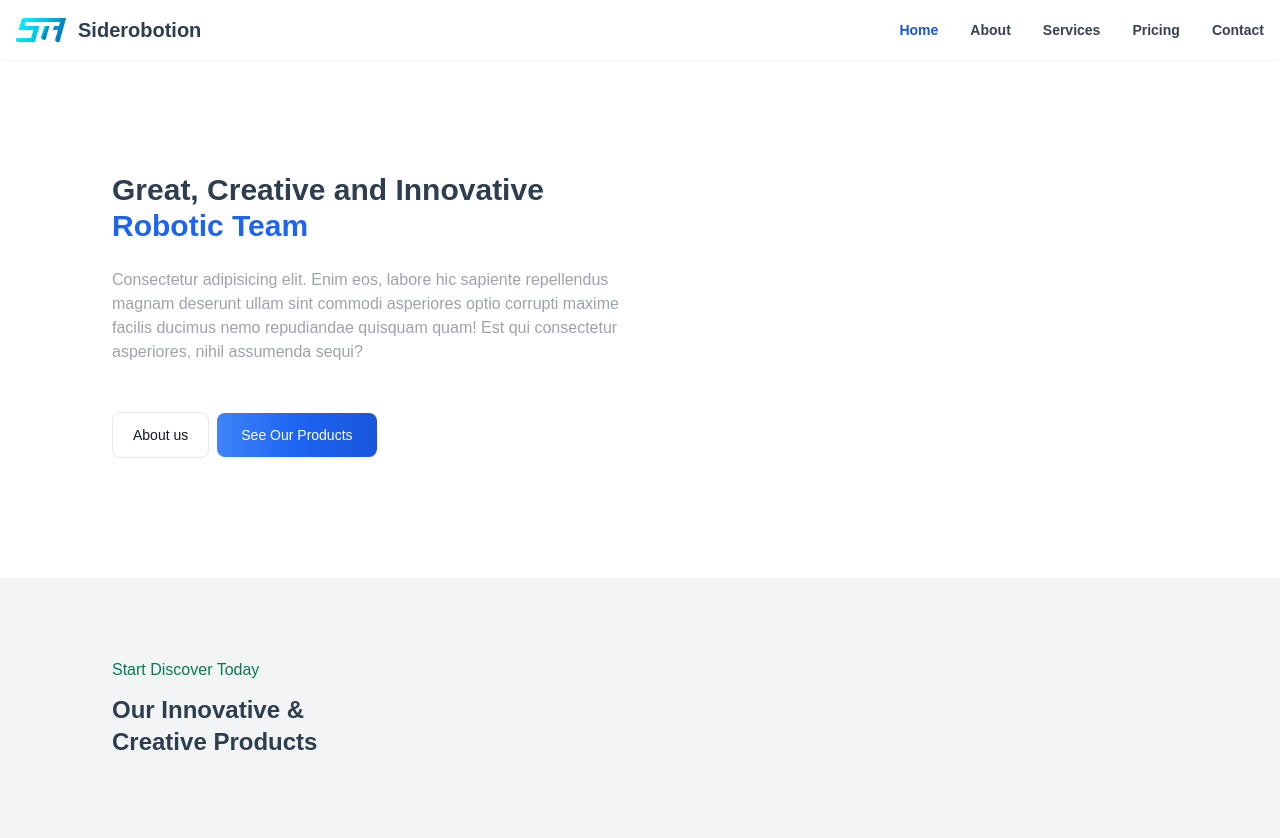
Repository: khulqu15/siderobotion
Page: /
An editor plug-in stored every save of this project. The page is shown before and after the next save, followed by the edit.
The browser window is 1280 px wide. The pictures show the whole page.
The project was rebuilt for these pictures with package versions that can differ from the ones it lists, and the page was loaded fresh each time. Also part of the build but not shown: vue.config.js.

Above is the page before, as saved 2022-06-12 02:25:02.

### src/main.js
import { createApp } from 'vue'
import App from './App.vue'
import './registerServiceWorker'
import router from './router'
import store from './store'
import 'flowbite'
import './index.css'

createApp(App)
  .use(store)
  .use(router)
  .mount('#app')

### src/index.css
@tailwind base;
@tailwind components;
@tailwind utilities;
@import url('https://fonts.googleapis.com/css2?family=Poppins:ital,wght@0,100;0,200;0,300;0,400;0,500;0,600;0,700;0,800;0,900;1,100;1,200;1,300;1,400;1,500;1,600;1,700;1,800;1,900&display=swap');

* {
  font-family: 'Poppins', sans-serif !important;
}

### src/views/HomeView.vue
<template>

  <web-layout>
    <div class="p-28 grid grid-cols-2 gap-4">
      <div class="text-start">
        <h1 class="text-3xl font-semibold">Great, Creative and Innovative <span class="text-blue-600">Robotic Team</span> </h1>
        <p class="text-gray-400 mt-6 mb-12">Consectetur adipisicing elit. Enim eos, labore hic sapiente repellendus magnam deserunt ullam sint commodi asperiores optio corrupti maxime facilis ducimus nemo repudiandae quisquam quam! Est qui consectetur asperiores, nihil assumenda sequi?</p>
        <button type="button" class="py-3 px-5 mr-2 mb-2 text-sm font-medium text-gray-900 focus:outline-none bg-white rounded-lg border border-gray-200 hover:bg-gray-100 hover:text-blue-700 focus:z-10 focus:ring-4 focus:ring-gray-200">About us</button>
        <button type="button" class="text-white bg-gradient-to-r from-blue-500 via-blue-600 to-blue-700 hover:bg-gradient-to-br focus:ring-4 focus:outline-none focus:ring-blue-300 dark:focus:ring-blue-800 font-medium rounded-lg text-sm px-6 py-3 text-center mr-2 mb-2">See Our Products</button>
      </div>
    </div>

    <div class="px-28 py-20 bg-gray-100">
      <div class="text-start">
        <p class="mb-3 text-green-600">Start Discover Today</p>
        <h1 class="text-2xl font-semibold">Our Innovative & <br> Creative Products</h1>
      </div>
    </div>
  </web-layout>

</template>

<script>
import WebLayout from '@/layouts/WebLayout.vue'
export default {
  name: 'HomeView',
  components: {
    WebLayout
  }
}
</script>

### src/layouts/WebLayout.vue
<template>
  <div id="app-web">
    <div id="nav">
      <navigation-header/>
    </div>
    <div id="body-content">
      <slot id="content"></slot>
    </div>
  </div>
</template>

<script>
import NavigationHeader from '@/components/NavigationHeader.vue'
export default {
  components: {
    NavigationHeader
  }
}
</script>

### src/components/NavigationHeader.vue
<template>
  <div>
    <nav class="bg-white border-gray-200 px-2 sm:px-4 py-4 shadow-sm rounded dark:bg-gray-800">
      <div class="container flex flex-wrap justify-between items-center mx-auto">
        <a href="/" class="flex items-center">
          <img :src="require('@/assets/logo.webp')" class="mr-3 h-4 sm:h-6" alt="Siderobotion Logo">
          <span class="self-center text-xl font-semibold whitespace-nowrap dark:text-white">Siderobotion</span>
        </a>
        <button data-collapse-toggle="mobile-menu" type="button" class="inline-flex items-center p-2 ml-3 text-sm text-gray-500 rounded-lg md:hidden hover:bg-gray-100 focus:outline-none focus:ring-2 focus:ring-gray-200 dark:text-gray-400 dark:hover:bg-gray-700 dark:focus:ring-gray-600" aria-controls="mobile-menu" aria-expanded="false">
          <span class="sr-only">Open main menu</span>
          <svg class="w-6 h-6" fill="currentColor" viewBox="0 0 20 20" xmlns="http://www.w3.org/2000/svg"><path fill-rule="evenodd" d="M3 5a1 1 0 011-1h12a1 1 0 110 2H4a1 1 0 01-1-1zM3 10a1 1 0 011-1h12a1 1 0 110 2H4a1 1 0 01-1-1zM3 15a1 1 0 011-1h12a1 1 0 110 2H4a1 1 0 01-1-1z" clip-rule="evenodd"></path></svg>
          <svg class="hidden w-6 h-6" fill="currentColor" viewBox="0 0 20 20" xmlns="http://www.w3.org/2000/svg"><path fill-rule="evenodd" d="M4.293 4.293a1 1 0 011.414 0L10 8.586l4.293-4.293a1 1 0 111.414 1.414L11.414 10l4.293 4.293a1 1 0 01-1.414 1.414L10 11.414l-4.293 4.293a1 1 0 01-1.414-1.414L8.586 10 4.293 5.707a1 1 0 010-1.414z" clip-rule="evenodd"></path></svg>
        </button>
        <div class="hidden w-full md:block md:w-auto" id="mobile-menu">
          <ul class="flex flex-col mt-4 md:flex-row md:space-x-8 md:mt-0 md:text-sm md:font-medium">
            <li>
              <a href="#" class="block py-2 pr-4 pl-3 text-white bg-blue-700 rounded md:bg-transparent md:text-blue-700 md:p-0 dark:text-white" aria-current="page">Home</a>
            </li>
            <li>
              <a href="#" class="block py-2 pr-4 pl-3 text-gray-700 border-b border-gray-100 hover:bg-gray-50 md:hover:bg-transparent md:border-0 md:hover:text-blue-700 md:p-0 dark:text-gray-400 md:dark:hover:text-white dark:hover:bg-gray-700 dark:hover:text-white md:dark:hover:bg-transparent dark:border-gray-700">About</a>
            </li>
            <li>
              <a href="#" class="block py-2 pr-4 pl-3 text-gray-700 border-b border-gray-100 hover:bg-gray-50 md:hover:bg-transparent md:border-0 md:hover:text-blue-700 md:p-0 dark:text-gray-400 md:dark:hover:text-white dark:hover:bg-gray-700 dark:hover:text-white md:dark:hover:bg-transparent dark:border-gray-700">Services</a>
            </li>
            <li>
              <a href="#" class="block py-2 pr-4 pl-3 text-gray-700 border-b border-gray-100 hover:bg-gray-50 md:hover:bg-transparent md:border-0 md:hover:text-blue-700 md:p-0 dark:text-gray-400 md:dark:hover:text-white dark:hover:bg-gray-700 dark:hover:text-white md:dark:hover:bg-transparent dark:border-gray-700">Pricing</a>
            </li>
            <li>
              <a href="#" class="block py-2 pr-4 pl-3 text-gray-700 hover:bg-gray-50 md:hover:bg-transparent md:border-0 md:hover:text-blue-700 md:p-0 dark:text-gray-400 md:dark:hover:text-white dark:hover:bg-gray-700 dark:hover:text-white md:dark:hover:bg-transparent">Contact</a>
            </li>
          </ul>
        </div>
      </div>
    </nav>

  </div>
</template>

### tailwind.config.js
module.exports = {

  content: [
    "./index.html",
    "./src/**/*.{vue,js,ts,jsx,tsx}",
    "./node_modules/flowbite/**/*.js",
  ],
  theme: {
    extend: {},
  },
  plugins: [
    require('flowbite/plugin')
  ]

}

Loaded but not shown: public/index.html (common file); src/App.vue (common file); src/registerServiceWorker.js (common file); src/router/index.js (common file); src/store/index.js (common file)

After the next save:
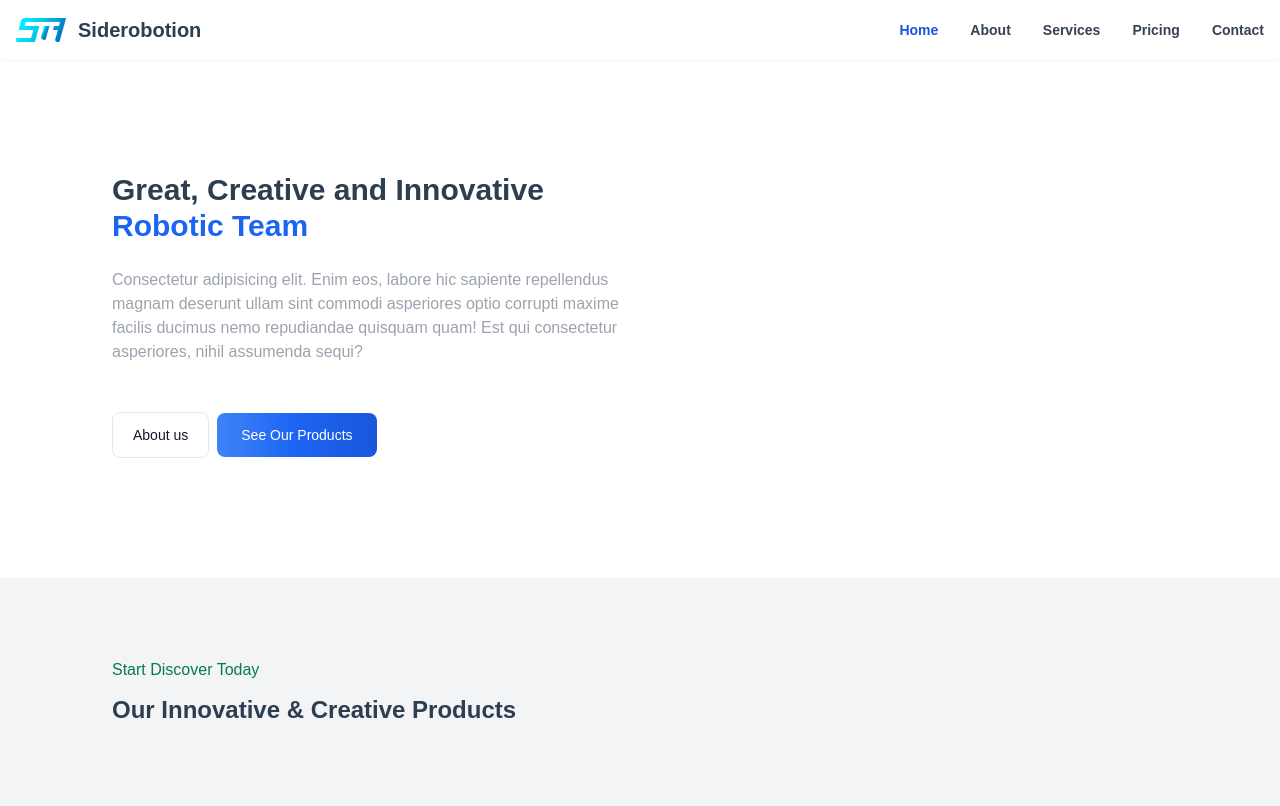
Saved 7 s later.
--- a/src/views/HomeView.vue
+++ b/src/views/HomeView.vue
@@ -13,7 +13,7 @@
     <div class="px-28 py-20 bg-gray-100">
       <div class="text-start">
         <p class="mb-3 text-green-600">Start Discover Today</p>
-        <h1 class="text-2xl font-semibold">Our Innovative & <br> Creative Products</h1>
+        <h1 class="text-2xl font-semibold">Our Innovative & Creative Products</h1>
       </div>
     </div>
   </web-layout>
